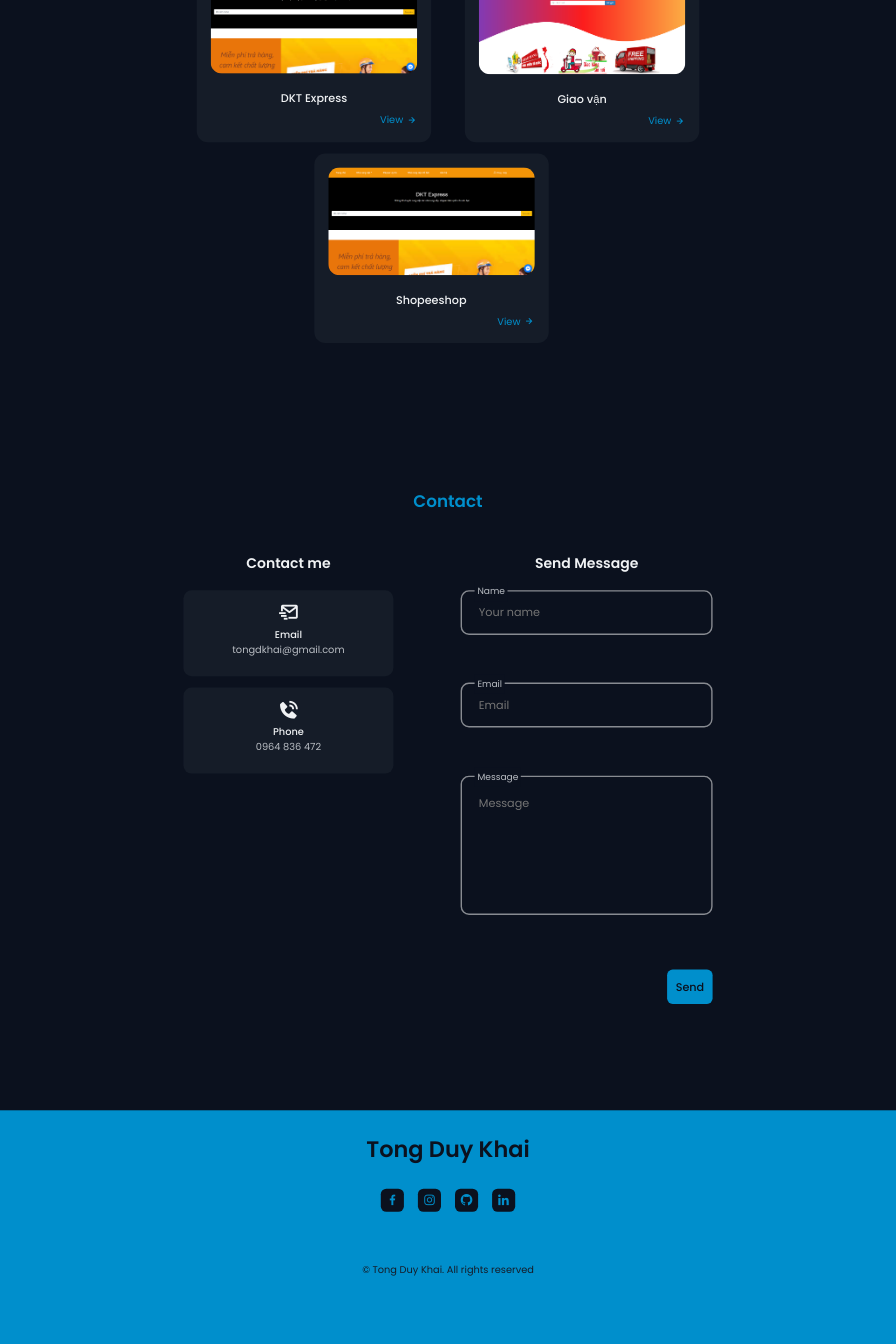
Repository: tongdkhai/portfolio
Page: index.html
An editor plug-in stored every save of this project. The page is shown before and after the next save, followed by the edit.
The browser window is 1280 px wide. The pictures show the part of the page from y = 2193 to 4113 px (the page is 4113 px tall), at 70% of full size.

Above is the page before, as saved 2022-08-10 13:31:29.

After the next save:
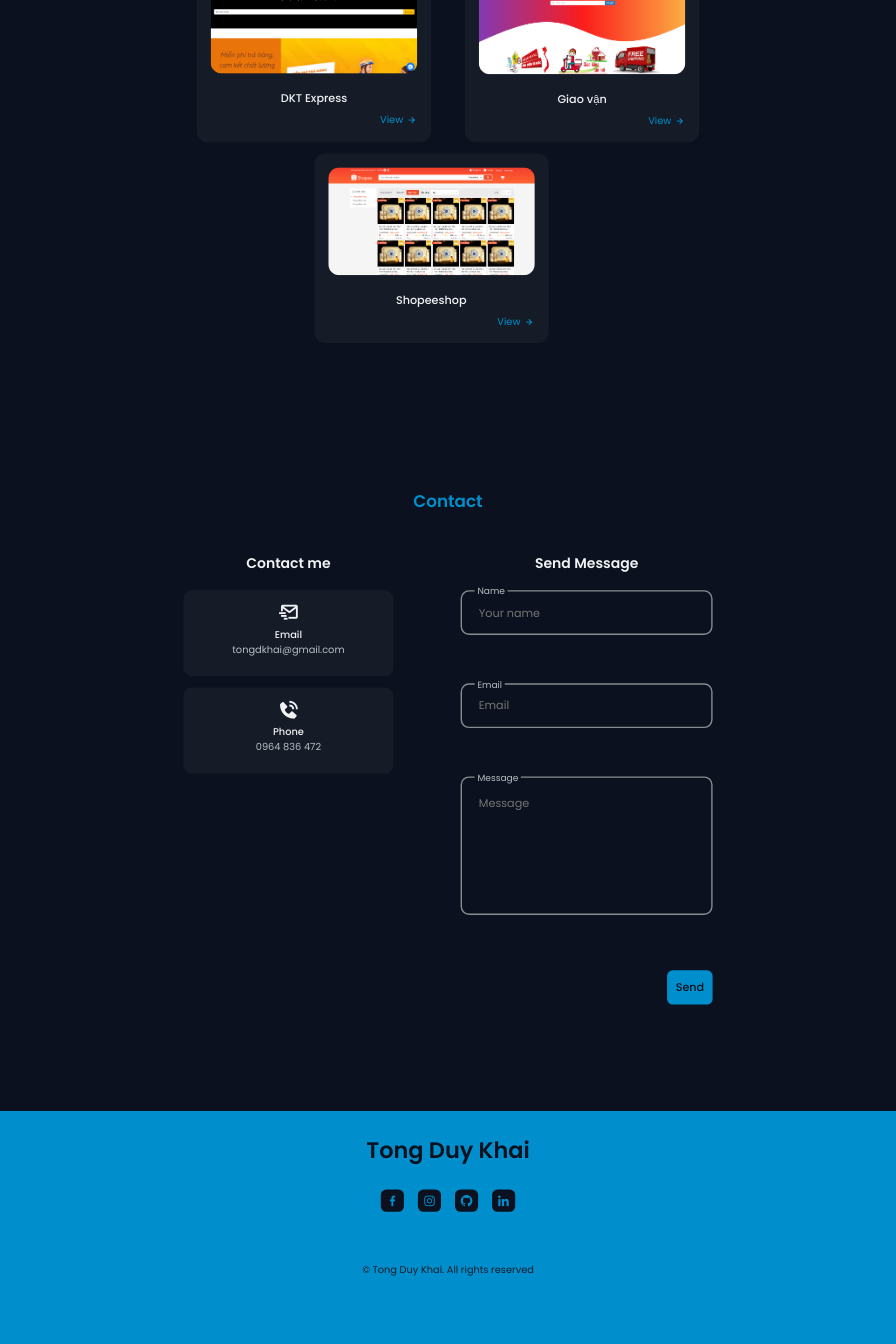
Saved 2 min 0 s later.
--- a/index.html
+++ b/index.html
@@ -221,7 +221,7 @@
             </div>
             <div class="work__container container grid">
                 <div class="work__card mix web">
-                    <img src="./img/DKT Express.png" alt="" class="work__img">
+                    <img src="./img/Shopee.png" alt="" class="work__img">
 
                     <h3 class="work__title">Shopeeshop</h3>
                     <a href="https://tongdkhai.github.io/Shopeeshop/" target="_blank" class="work__button">
